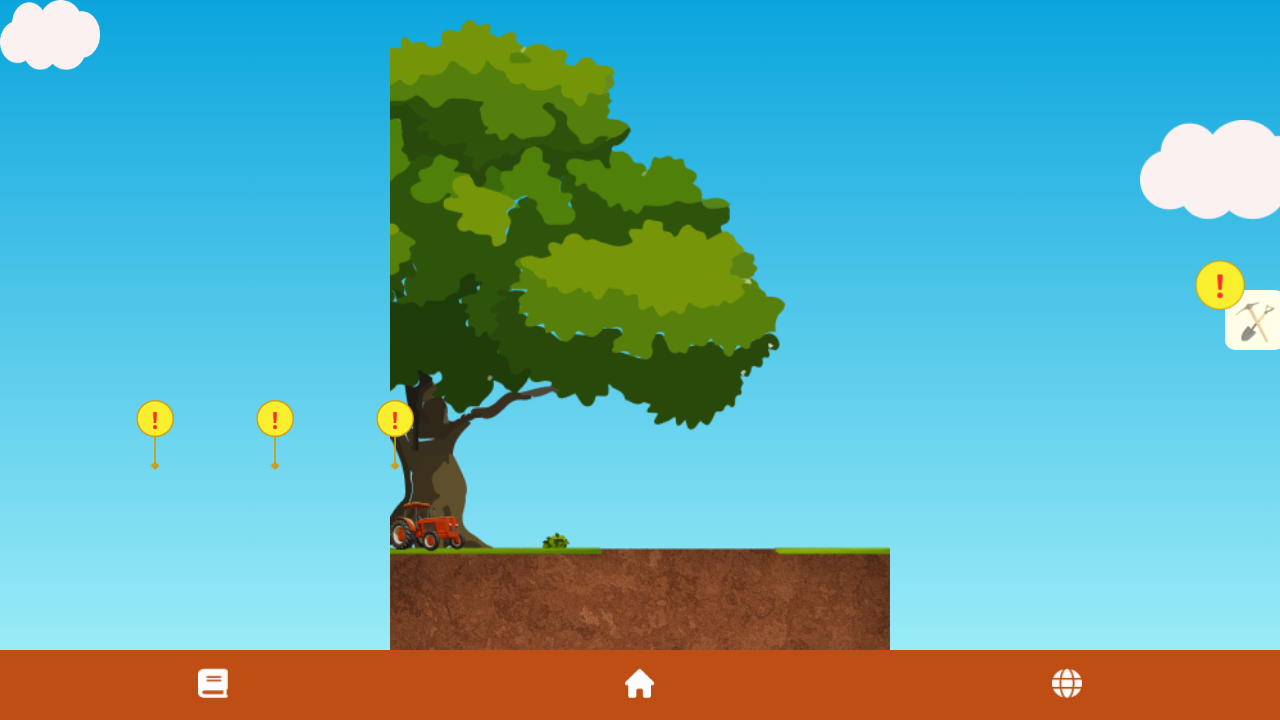
Repository: kobuchisouta/kome-app
Page: /
The author's editor kept a copy of each file at every save. The page is drawn from the files as they stood at one save, then again after the next save.
The browser window is 1280 px wide. The pictures show the whole page.
The project was rebuilt for these pictures with package versions that can differ from the ones it lists, and the page was loaded fresh each time. The framework's server and built-in components were replaced by stand-ins that run in the browser. Also part of the build but not shown: next.config.ts.

Above is the page before, as saved 2025-01-29 11:06:59.

After the next save:
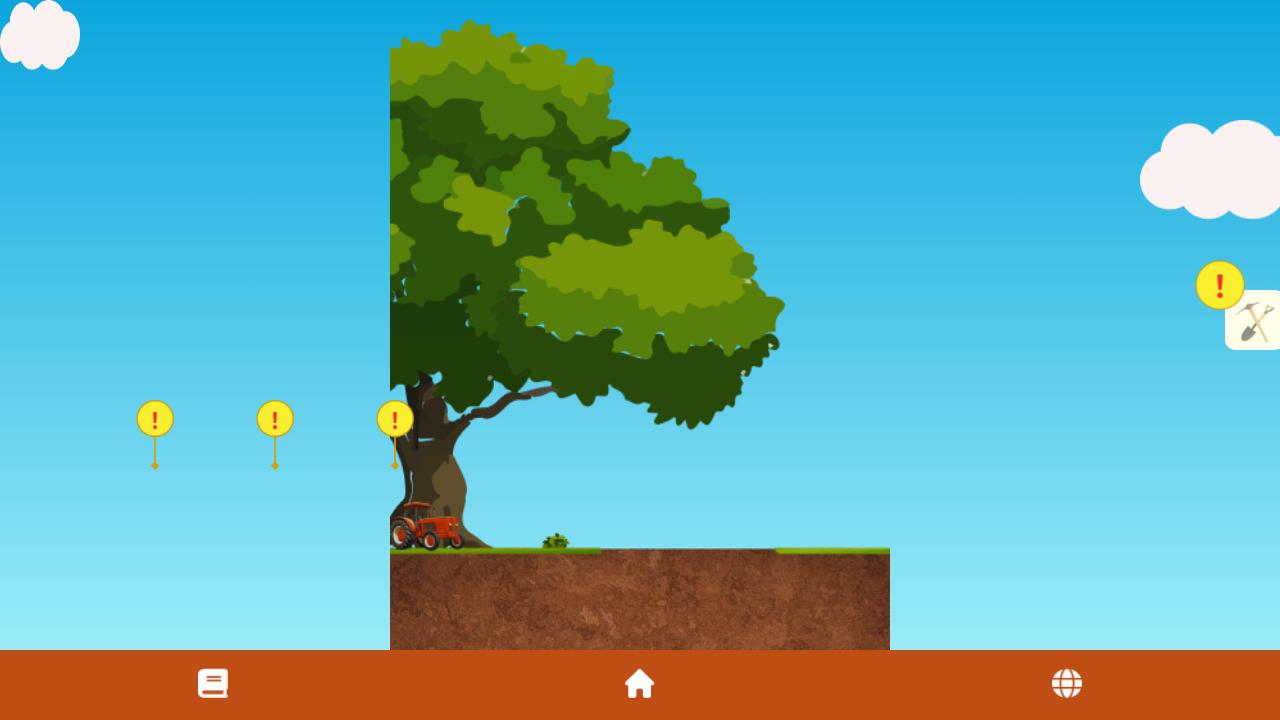
Saved 4 s later.
--- a/src/app/page.tsx
+++ b/src/app/page.tsx
@@ -23,7 +23,7 @@ export default function Home() {
         <div className={styles.contents}>
           <div className={styles.clouds}>
             <p className={styles.cloud1}>
-              <Image src="/cloud1.png" alt="雲" width={100} height={70} />
+              <Image src="/cloud1.png" alt="雲" width={80} height={70} />
             </p>
             <p className={styles.cloud2}>
               <Image src="/cloud2.png" alt="雲" width={170} height={100} />
